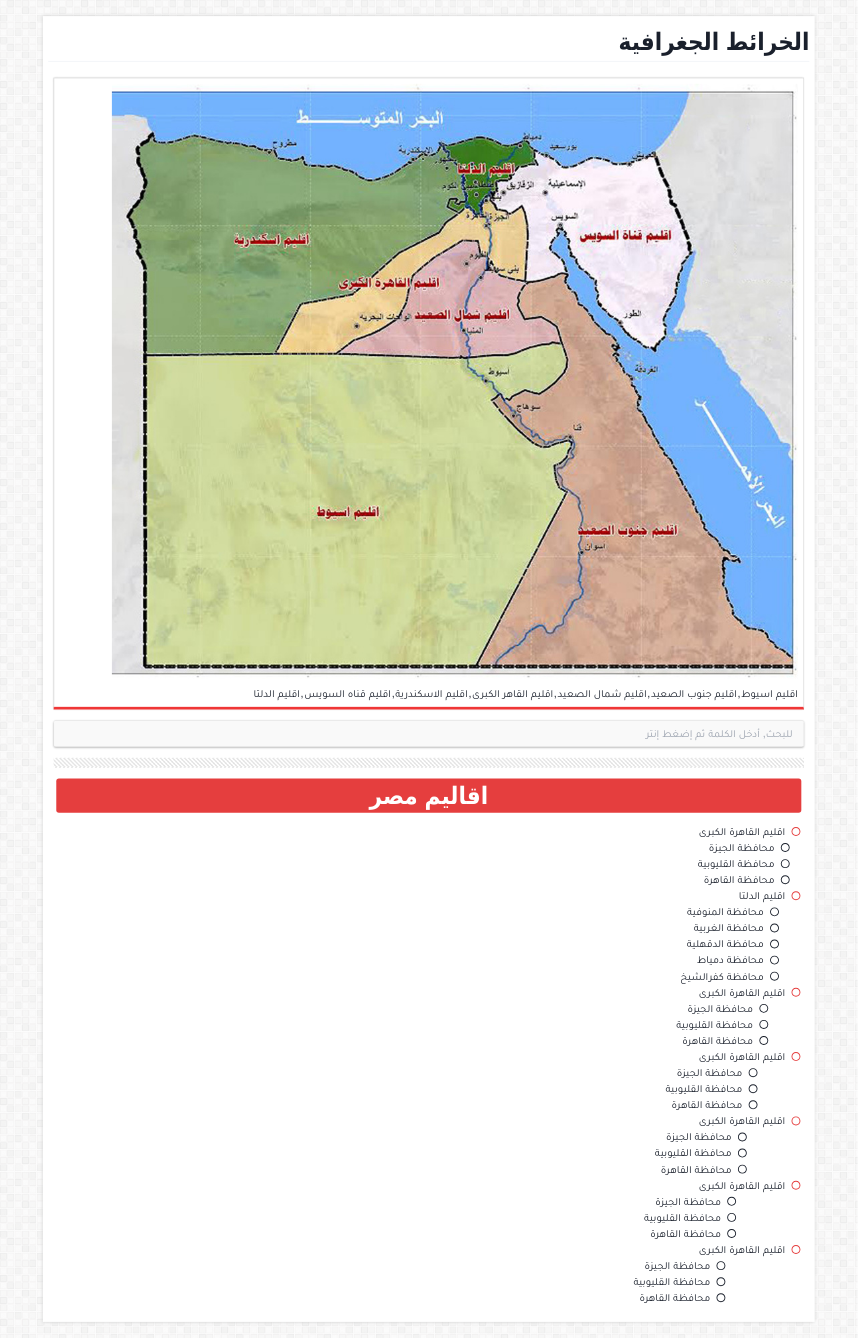
Repository: ahmed-mohamed-eng/egypt-gov-map
Page: /
These files come from the project's save history. The page is drawn as it stood at one moment and after the next save; the edit follows.
The browser window is 1280 px wide. The pictures show the whole page, at 67% of full size.
Some web fonts or font styles are not loaded; a fallback is used. The project was rebuilt for these pictures with package versions that can differ from the ones it lists, and the page was loaded fresh each time. The framework's server and built-in components were replaced by stand-ins that run in the browser. Also part of the build but not shown: next.config.js.

Above is the page before, as saved 2022-05-30 14:39:26.

After the next save:
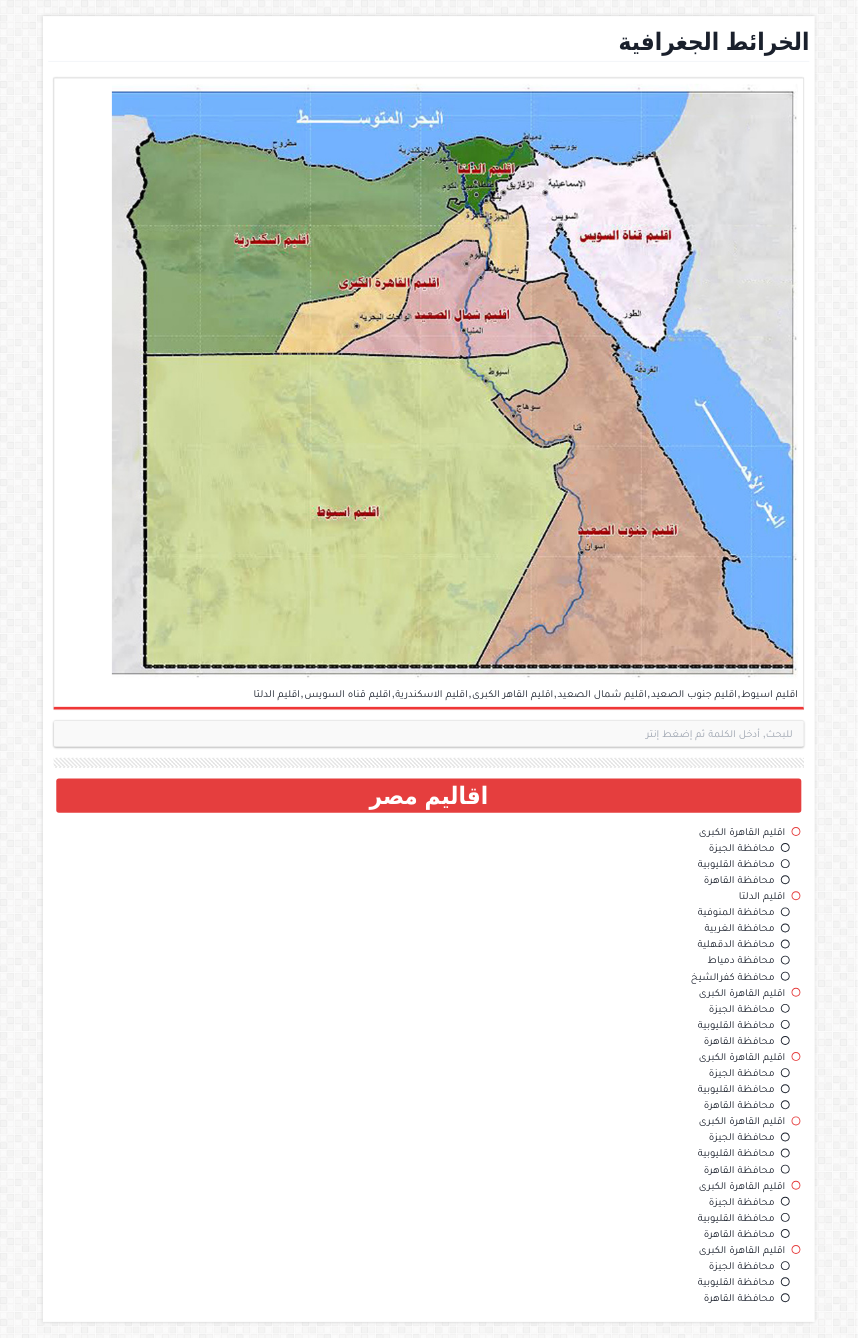
Saved 107 s later.
--- a/components/MainContentArea/QuickNavigationArea/CitiesList/CitiesList.tsx
+++ b/components/MainContentArea/QuickNavigationArea/CitiesList/CitiesList.tsx
@@ -29,7 +29,7 @@ export const CitiesList = (props: CitiesListProps) => {
         </ListItem>
         {item.childItems.map((childItem) => {
           return (
-            <List key={uuidV4()} pr={`${parentIndex + 1}rem`}>
+            <List key={uuidV4()} pr={`1rem`}>
               <ListItem as="a" href={childItem.url}>
                 <ListIcon as={BiCircle} />
                 {childItem.cityName}
